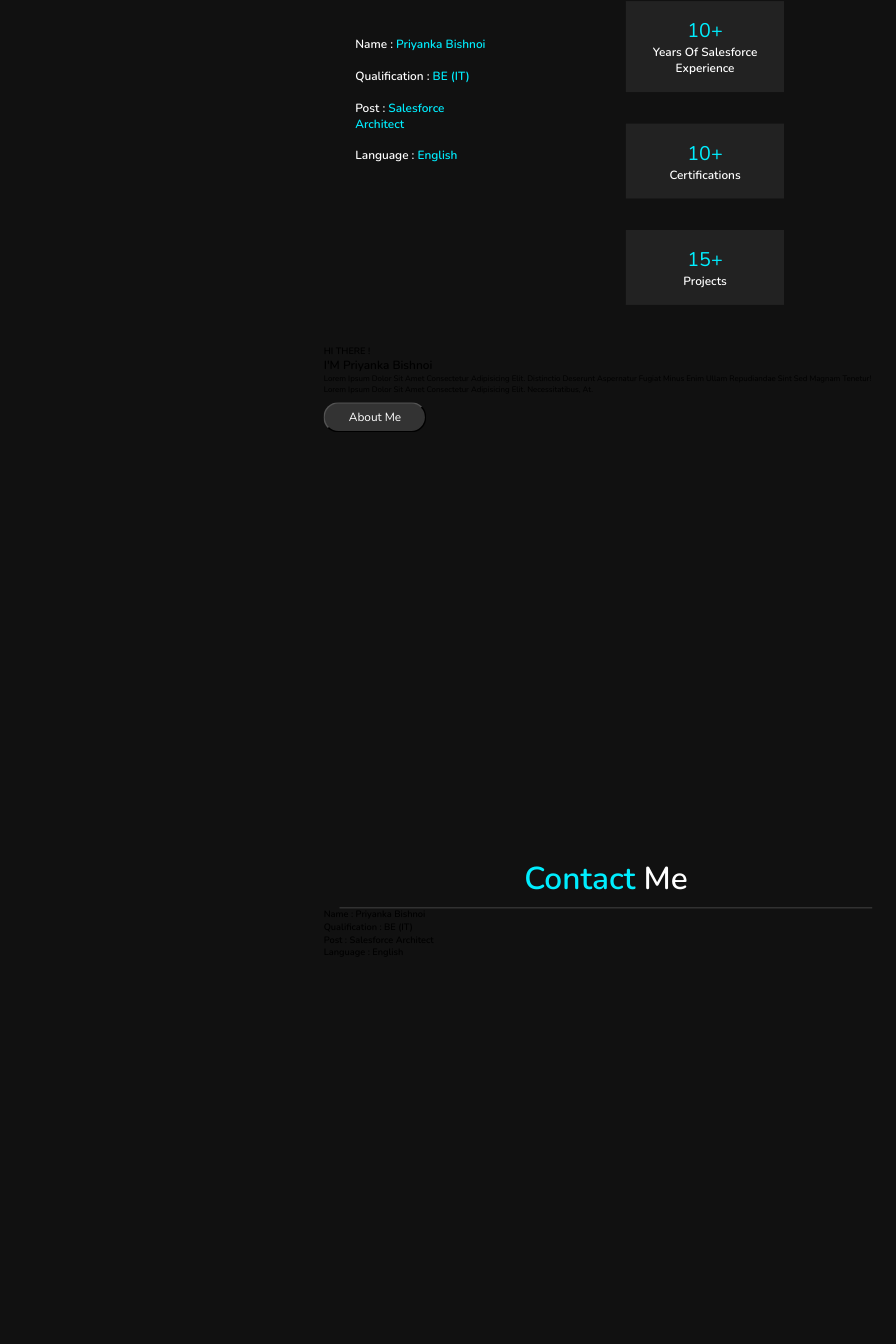
Repository: priyanka-bishnoi/PortfolioPage
Page: MyPage.html
These files come from the project's save history. The page is drawn as it stood at one moment and after the next save; the edit follows.
The browser window is 1280 px wide. The pictures show the part of the page from y = 1002 to 2922 px (the page is 2922 px tall), at 70% of full size.

Above is the page before, as saved 2022-10-08 23:25:19.

After the next save:
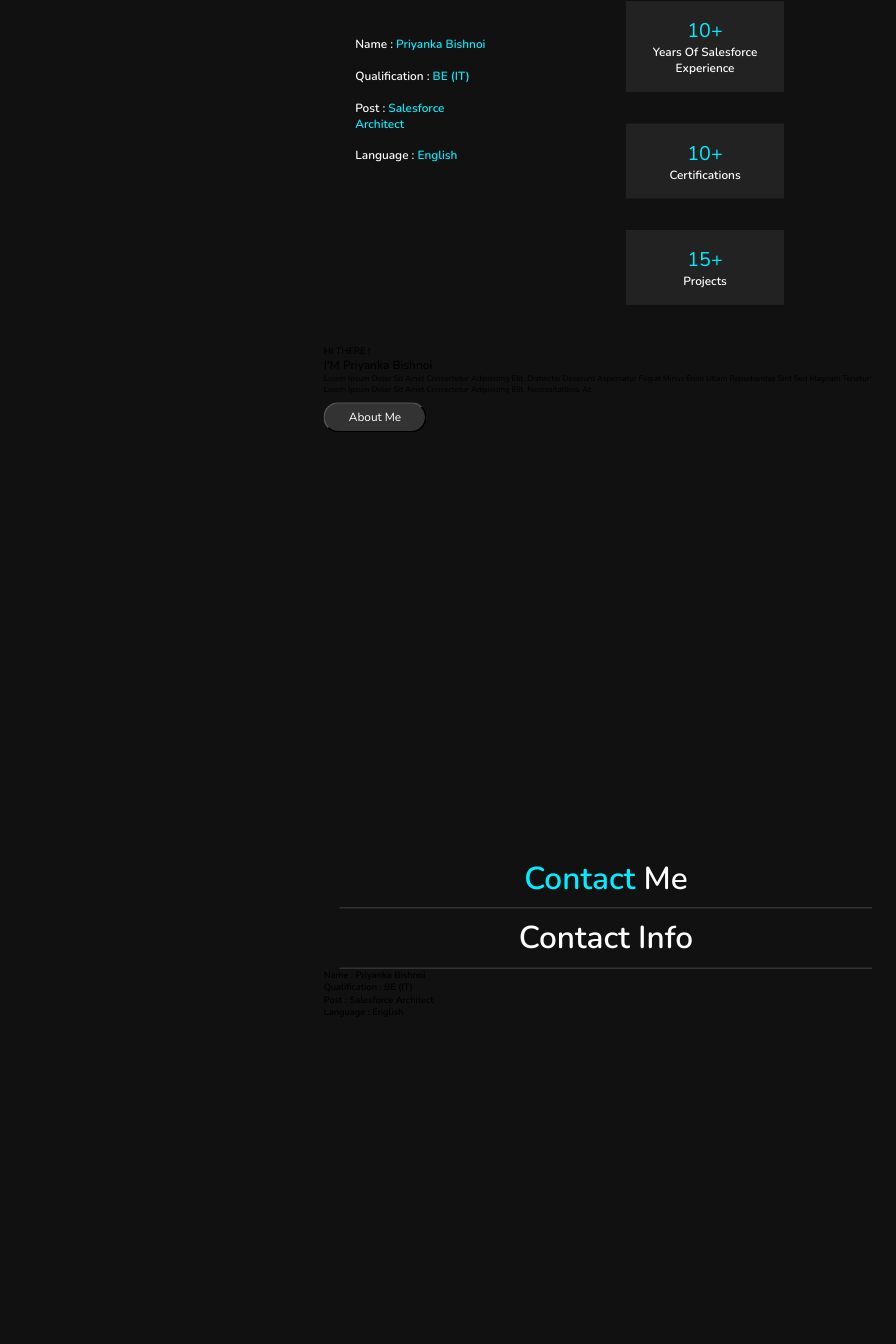
Saved 53 s later.
--- a/MyPage.html
+++ b/MyPage.html
@@ -94,8 +94,9 @@
     <h1 class="heading"> <span>Contact </span>Me</h1>
 
     <div class="row">
+        <h1 class="heading"> Contact Info</h1>
         <div class="info">
-            <h3>  name : <span> priyanka bishnoi </span></h3>
+            <h3>   name : <span> priyanka bishnoi </span></h3>
             <h3> qualification :  <span> BE (IT) </span> </h3>
             <h3>  post : <span>Salesforce Architect </span>  </h3>
             <h3> language :<span> English  </span>  </h3>
